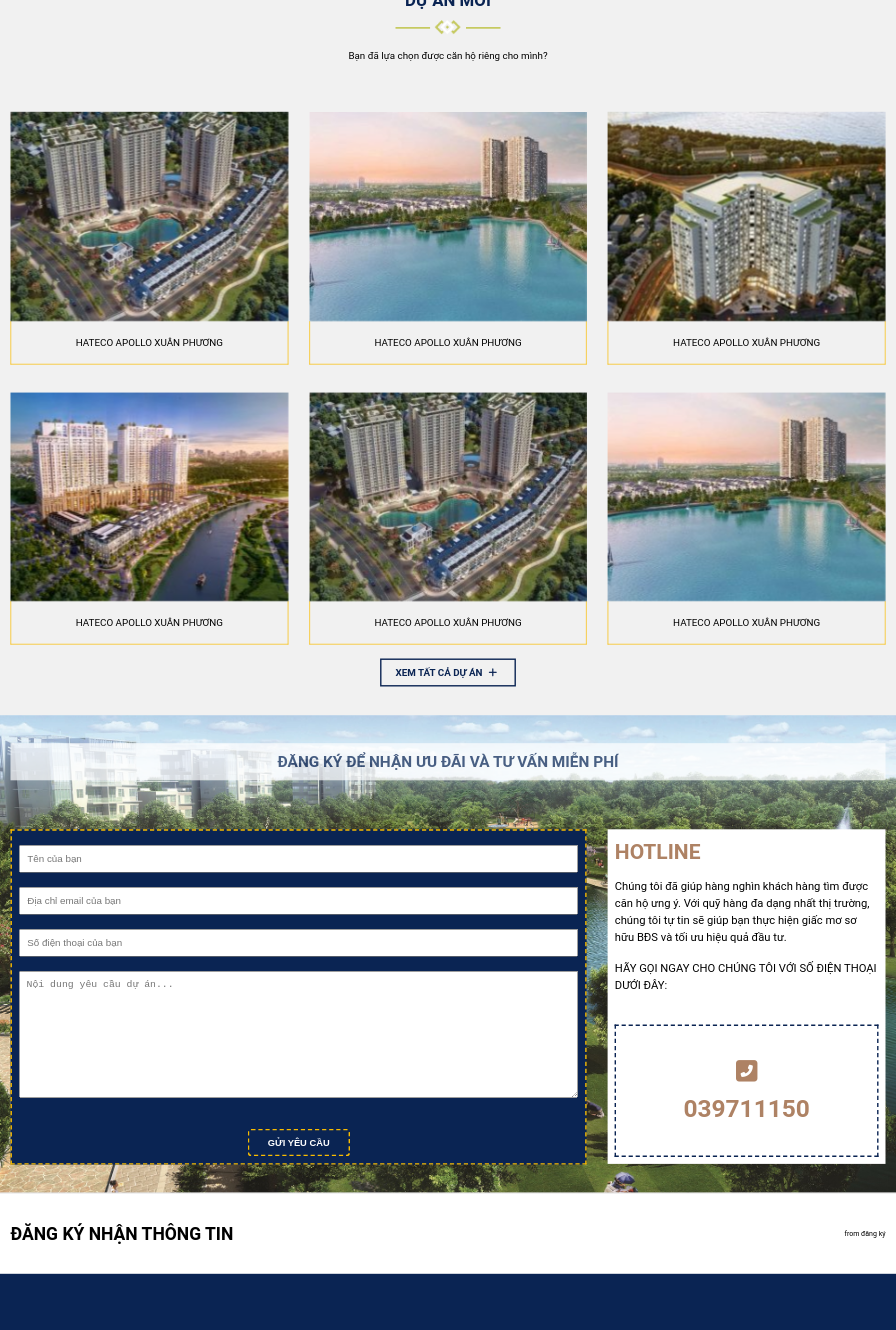
Repository: phamphuc2/fontend-bds
Page: index.html
The author's editor kept a copy of each file at every save. The page is drawn from the files as they stood at one save, then again after the next save.
The browser window is 1280 px wide. The pictures show the part of the page from y = 1224 to 3124 px (the page is 3587 px tall before and 3763 px after), at 70% of full size.
A picture or video elsewhere on the page could not be fetched, so the positions and the page height are approximate. Backgrounds fixed to the window are drawn as part of the page. Some web libraries are served in a nearby version.

Above is the page before, as saved 2022-06-08 17:15:31.

After the next save:
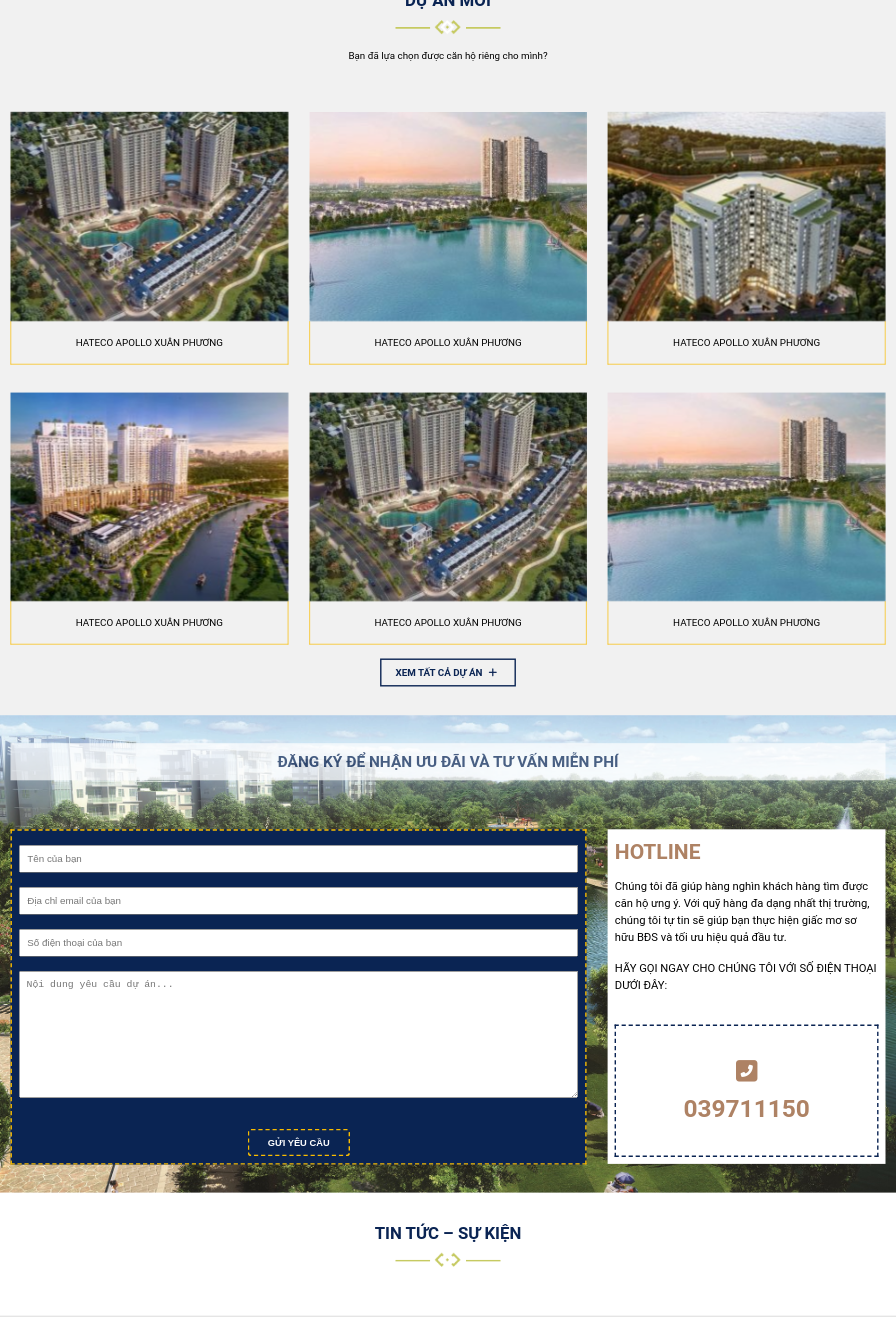
Saved 2 min 13 s later.
--- a/index.html
+++ b/index.html
@@ -293,6 +293,7 @@
     </section>
     <!-- end section project -->
 
+    <!-- section-contac-home -->
     <section class="contact-home">
         <div class="container">
             <div class="row">
@@ -346,6 +347,21 @@
             </div>
         </div>
     </section>
+    <!-- end section-contac-home -->
+
+    <!-- section-new -->
+        <section class="new">
+            <div class="container">
+                <div class="col-12">
+                    <div class="inner-top">
+                        <h2 class="title">TIN TỨC – SỰ KIỆN</h2>
+                        <div class="is-drive"></div>
+                    </div>
+                </div>
+            </div>
+        </section>
+    <!-- section-new -->
+
     <!-- footer -->
     <footer class="footer">
         <div class="footer-top">
